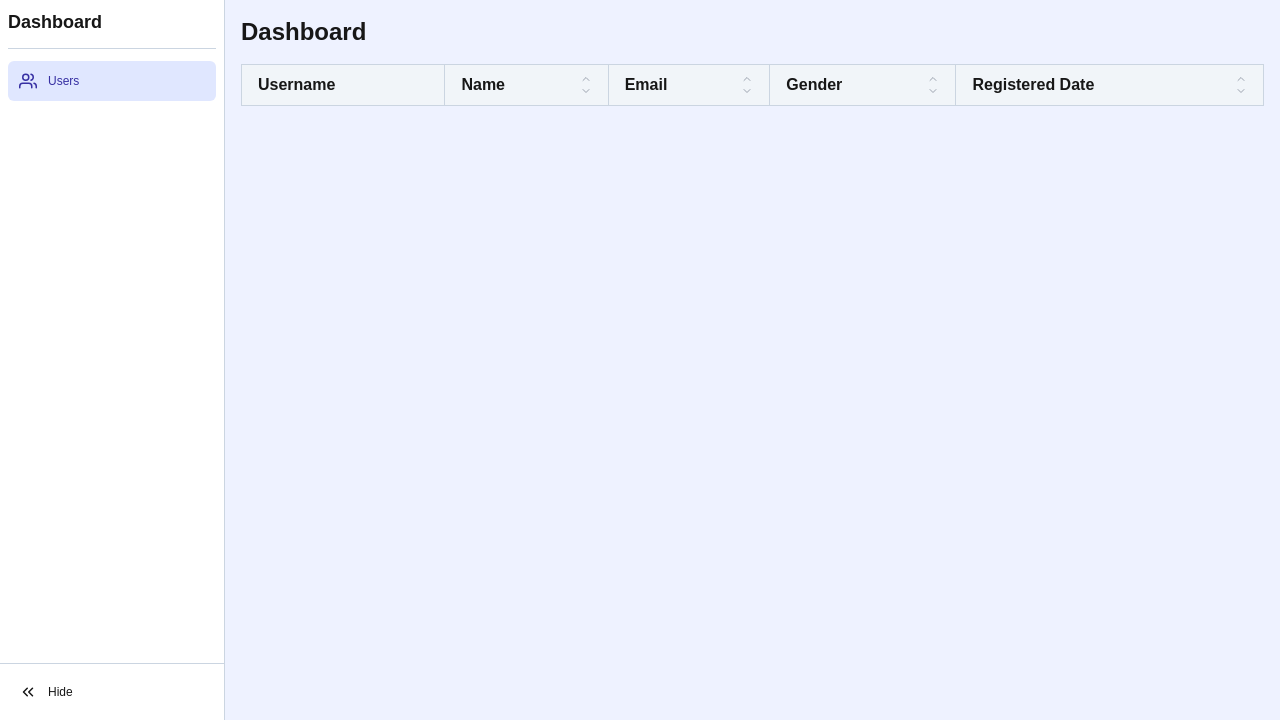
Repository: Ademaulana100499/userdashboard
Page: /
These files come from the project's save history. The page is drawn as it stood at one moment and after the next save; the edit follows.
The browser window is 1280 px wide. The pictures show the whole page.
The page's requests for data from a server got no answer. The project was rebuilt for these pictures with package versions that can differ from the ones it lists, and the page was loaded fresh each time. The framework's server and built-in components were replaced by stand-ins that run in the browser. No one was signed in, and anything a server would have sent is missing. Also part of the build but not shown: next.config.mjs.

Above is the page before, as saved 2025-02-14 19:42:24.

### src/pages/index.js
import React from "react";
import Sidebar from "@/components/Sidebar";
import DashboardContent from "@/components/DashboardContent";
const Dashboard = () => {
  return (
    <div className="flex bg-indigo-50">
      <Sidebar />
      <DashboardContent />
    </div>
  );
};

export default Dashboard;

### src/components/Sidebar.jsx
import React, { useState } from "react";
import { FiChevronsRight, FiUsers } from "react-icons/fi";
import { motion } from "framer-motion";
const Sidebar = () => {
  const [open, setOpen] = useState(true);
  const [selected, setSelected] = useState("Users");

  return (
    <motion.nav
      layout
      className="sticky top-0 h-screen shrink-0 border-r border-slate-300 bg-white p-2"
      style={{
        width: open ? "225px" : "fit-content",
      }}>
      <TitleSection open={open} />

      <div className="space-y-1">
        <Option
          Icon={FiUsers}
          title="Users"
          selected={selected}
          setSelected={setSelected}
          open={open}
        />
      </div>

      <ToggleClose open={open} setOpen={setOpen} />
    </motion.nav>
  );
};

const Option = ({ Icon, title, selected, setSelected, open, notifs }) => {
  return (
    <motion.button
      layout
      onClick={() => setSelected(title)}
      className={`relative flex h-10 w-full items-center rounded-md transition-colors ${
        selected === title
          ? "bg-indigo-100 text-indigo-800"
          : "text-slate-500 hover:bg-slate-100"
      }`}>
      <motion.div
        layout
        className="grid h-full w-10 place-content-center text-lg">
        <Icon />
      </motion.div>
      {open && (
        <motion.span
          layout
          initial={{ opacity: 0, y: 12 }}
          animate={{ opacity: 1, y: 0 }}
          transition={{ delay: 0.125 }}
          className="text-xs font-medium">
          {title}
        </motion.span>
      )}

      {notifs && open && (
        <motion.span
          initial={{ scale: 0, opacity: 0 }}
          animate={{
            opacity: 1,
            scale: 1,
          }}
          style={{ y: "-50%" }}
          transition={{ delay: 0.5 }}
          className="absolute right-2 top-1/2 size-4 rounded bg-indigo-500 text-xs text-white">
          {notifs}
        </motion.span>
      )}
    </motion.button>
  );
};

const TitleSection = ({ open }) => {
  return (
    <div className="mb-3 border-b border-slate-300 pb-3">
      <div className="flex cursor-pointer items-center justify-between rounded-md transition-colors hover:bg-slate-100">
        <div className="flex justify-center items-center">
          {open && (
            <motion.div
              layout
              initial={{ opacity: 0, y: 12 }}
              animate={{ opacity: 1, y: 0 }}
              transition={{ delay: 0.125 }}>
              <span className="block text-lg font-semibold">Dashboard</span>
            </motion.div>
          )}
        </div>
      </div>
    </div>
  );
};

const ToggleClose = ({ open, setOpen }) => {
  return (
    <motion.button
      layout
      onClick={() => setOpen((pv) => !pv)}
      className="absolute bottom-0 left-0 right-0 border-t border-slate-300 transition-colors hover:bg-slate-100">
      <div className="flex items-center p-2">
        <motion.div
          layout
          className="grid size-10 place-content-center text-lg">
          <FiChevronsRight
            className={`transition-transform ${open && "rotate-180"}`}
          />
        </motion.div>
        {open && (
          <motion.span
            layout
            initial={{ opacity: 0, y: 12 }}
            animate={{ opacity: 1, y: 0 }}
            transition={{ delay: 0.125 }}
            className="text-xs font-medium">
            Hide
          </motion.span>
        )}
      </div>
    </motion.button>
  );
};

export default Sidebar;

### src/components/DashboardContent.jsx
import { FiChevronUp, FiChevronDown } from "react-icons/fi";
import { useState, useEffect } from "react";

const DashboardContent = () => {
  const [data, setData] = useState([]);
  const [sortConfig, setSortConfig] = useState({ key: null, direction: null });

  const fetchData = async () => {
    try {
      const response = await fetch(
        "https://randomuser.me/api/?page=1&pageSize=10&results=10&gender=female"
      );
      const data = await response.json();
      setData(data.results);
    } catch (error) {
      console.error("Error fetching data:", error);
    }
  };

  useEffect(() => {
    fetchData();
  }, []);

  const handleSort = (key) => {
    let direction = "asc";
    if (sortConfig.key === key && sortConfig.direction === "asc") {
      direction = "desc";
    }
    setSortConfig({ key, direction });

    setData(
      [...data].sort((a, b) => {
        const valueA = getNestedValue(a, key);
        const valueB = getNestedValue(b, key);

        if (valueA < valueB) return direction === "asc" ? -1 : 1;
        if (valueA > valueB) return direction === "asc" ? 1 : -1;
        return 0;
      })
    );
  };

  // Fungsi untuk mengambil nilai dari objek bersarang
  const getNestedValue = (obj, path) => {
    return path
      .split(".")
      .reduce((acc, key) => (acc && acc[key] ? acc[key] : ""), obj);
  };

  const getSortIconStyle = (key, direction) => {
    if (sortConfig.key !== key) return "text-gray-400";
    return direction === sortConfig.direction
      ? "text-blue-500"
      : "text-gray-400";
  };

  return (
    <div className="flex-1 p-4">
      <h1 className="text-2xl font-semibold mb-4">Dashboard</h1>
      <table className="min-w-full table-auto border-collapse border border-slate-300">
        <thead>
          <tr className="bg-slate-100">
            <th className="border border-slate-300 px-4 py-2 text-left">
              Username
            </th>
            <th className="border border-slate-300 px-4 py-2 text-left">
              <div className="flex justify-between items-center">
                <span>Name</span>
                <div className="flex flex-col items-center">
                  <FiChevronUp
                    onClick={() => handleSort("name.first")}
                    className={`text-xs cursor-pointer ${getSortIconStyle(
                      "name.first",
                      "asc"
                    )}`}
                  />
                  <FiChevronDown
                    onClick={() => handleSort("name.first")}
                    className={`text-xs cursor-pointer ${getSortIconStyle(
                      "name.first",
                      "desc"
                    )}`}
                  />
                </div>
              </div>
            </th>
            <th className="border border-slate-300 px-4 py-2 text-left">
              <div className="flex justify-between items-center">
                <span>Email</span>
                <div className="flex flex-col items-center">
                  <FiChevronUp
                    onClick={() => handleSort("email")}
                    className={`text-xs cursor-pointer ${getSortIconStyle(
                      "email",
                      "asc"
                    )}`}
                  />
                  <FiChevronDown
                    onClick={() => handleSort("email")}
                    className={`text-xs cursor-pointer ${getSortIconStyle(
                      "email",
                      "desc"
                    )}`}
                  />
                </div>
              </div>
            </th>
            <th className="border border-slate-300 px-4 py-2 text-left">
              <div className="flex justify-between items-center">
                <span>Gender</span>
                <div className="flex flex-col items-center">
                  <FiChevronUp
                    onClick={() => handleSort("gender")}
                    className={`text-xs cursor-pointer ${getSortIconStyle(
                      "gender",
                      "asc"
                    )}`}
                  />
                  <FiChevronDown
                    onClick={() => handleSort("gender")}
                    className={`text-xs cursor-pointer ${getSortIconStyle(
                      "gender",
                      "desc"
                    )}`}
                  />
                </div>
              </div>
            </th>
            <th className="border border-slate-300 px-4 py-2 text-left">
              <div className="flex justify-between items-center">
                <span>Registered Date</span>
                <div className="flex flex-col items-center">
                  <FiChevronUp
                    onClick={() => handleSort("registered.date")}
                    className={`text-xs cursor-pointer ${getSortIconStyle(
                      "registered.date",
                      "asc"
                    )}`}
                  />
                  <FiChevronDown
                    onClick={() => handleSort("registered.date")}
                    className={`text-xs cursor-pointer ${getSortIconStyle(
                      "registered.date",
                      "desc"
                    )}`}
                  />
                </div>
              </div>
            </th>
          </tr>
        </thead>
        <tbody>
          {data.map((user, index) => (
            <tr key={index} className="hover:bg-slate-50">
              <td className="border border-slate-300 px-4 py-2">
                {user.login.username}
              </td>
              <td className="border border-slate-300 px-4 py-2">
                {user.name.title} {user.name.first} {user.name.last}
              </td>
              <td className="border border-slate-300 px-4 py-2">
                {user.email}
              </td>
              <td className="border border-slate-300 px-4 py-2">
                {user.gender}
              </td>
              <td className="border border-slate-300 px-4 py-2">
                {new Date(user.registered.date)
                  .toLocaleString("id-ID", {
                    day: "2-digit",
                    month: "2-digit",
                    year: "numeric",
                    hour: "2-digit",
                    minute: "2-digit",
                  })
                  .replace(",", "")
                  .replace("/", "-")
                  .replace("/", "-")
                  .replace(".", ":")}
              </td>
            </tr>
          ))}
        </tbody>
      </table>
    </div>
  );
};

export default DashboardContent;

Loaded but not shown: src/pages/_app.js (common file); src/pages/_document.js (common file); src/styles/globals.css (common file); tailwind.config.mjs (common file)

After the next save:
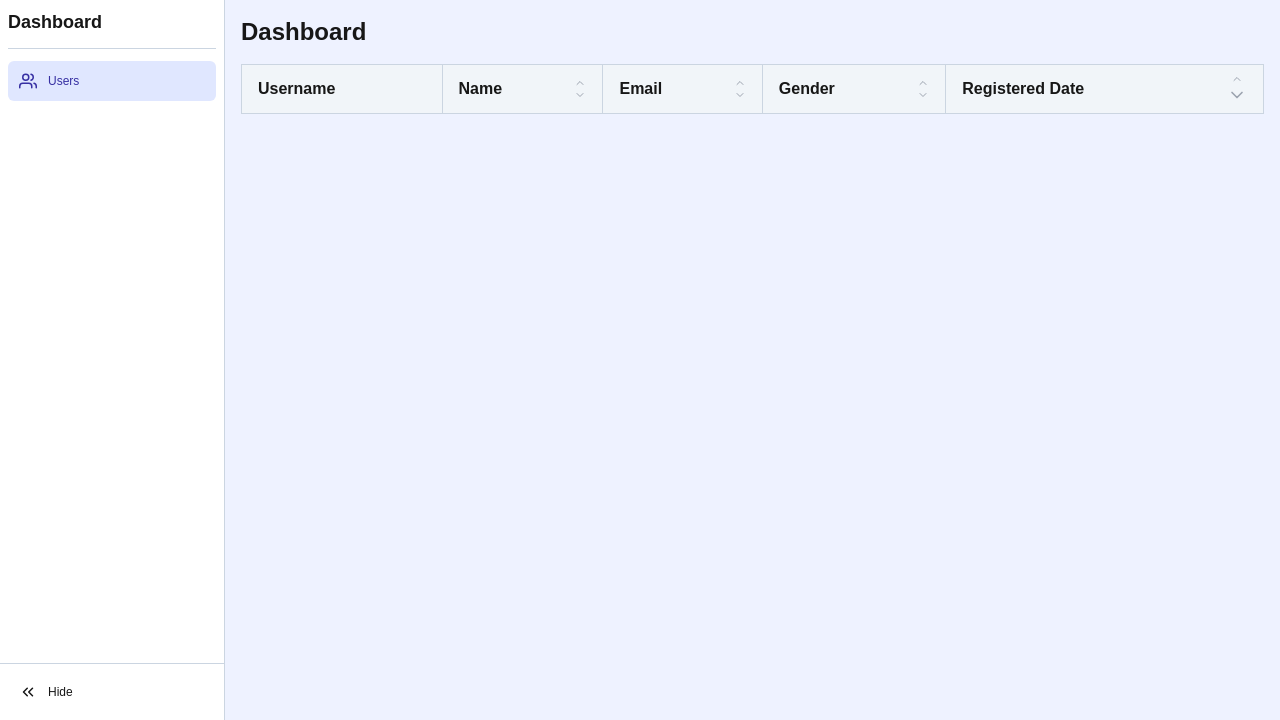
Saved 89 s later.
--- a/src/components/DashboardContent.jsx
+++ b/src/components/DashboardContent.jsx
@@ -139,7 +139,7 @@
                   />
                   <FiChevronDown
                     onClick={() => handleSort("registered.date")}
-                    className={`text-xs cursor-pointer ${getSortIconStyle(
+                    className={`text-xl cursor-pointer ${getSortIconStyle(
                       "registered.date",
                       "desc"
                     )}`}
